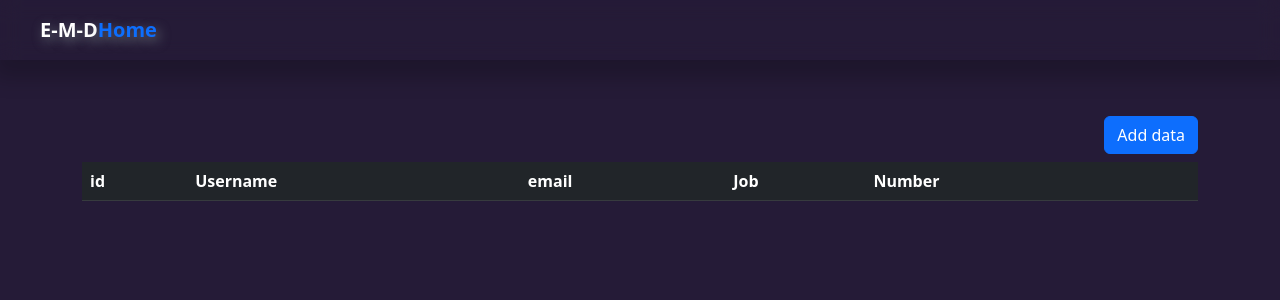
Repository: iamevs/Employee-Management-System
Page: /home (app in client/)
These files come from the project's save history. The page is drawn as it stood at one moment and after the next save; the edit follows.
The browser window is 1280 px wide. The pictures show the whole page.
The page's requests for data from a server got no answer. The project was rebuilt for these pictures with package versions that can differ from the ones it lists, and the page was loaded fresh each time. No one was signed in, and anything a server would have sent is missing. Also part of the build but not shown: client/vite.config.js, client/src/components/Register.jsx, client/src/components/Edit.jsx, client/src/components/Hero.jsx. Imported but missing from the stored project, and not drawn on this page: client/src/components/Details.

Above is the page before, as saved 2022-11-28 23:29:35.

After the next save:
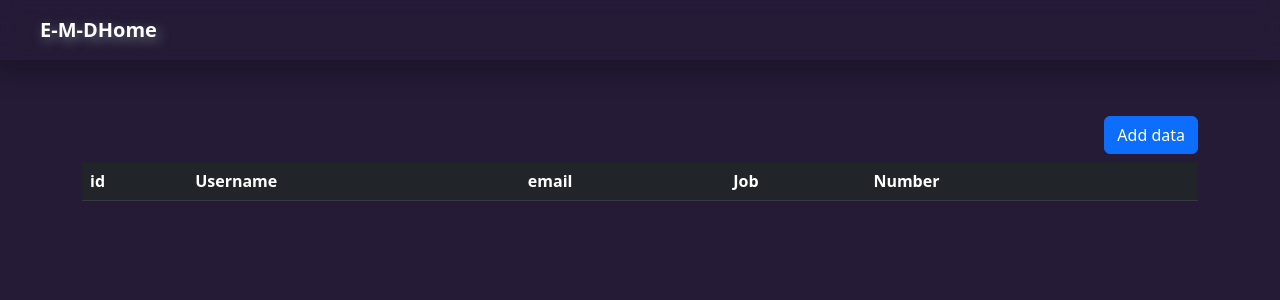
Saved 23 s later.
--- a/client/src/components/Navbar.jsx
+++ b/client/src/components/Navbar.jsx
@@ -20,14 +20,14 @@ const Navbar = () => {
                     textShadow: "3px 4px 12px #6c757d",
                     fontWeight: "bold",
                 }}>E-M-D</Box>
-                <Box sx={{
-                    color: "white",
-                    fontSize: "20px",
-                    textShadow: "3px 4px 12px #6c757d",
-                    fontWeight: "bold",
-                    textDecoration: "none",
-                }}>
-                    <a href="/home" style={{textDecoration: "none"}}>Home</a>
+                <Box>
+                    <a href="/home" style={{
+                        color: "white",
+                        fontSize: "20px",
+                        textShadow: "3px 4px 12px #6c757d",
+                        fontWeight: "bold",
+                        textDecoration: "none",
+                    }}>Home</a>
                 </Box>
             </Box>
         </Stack>
